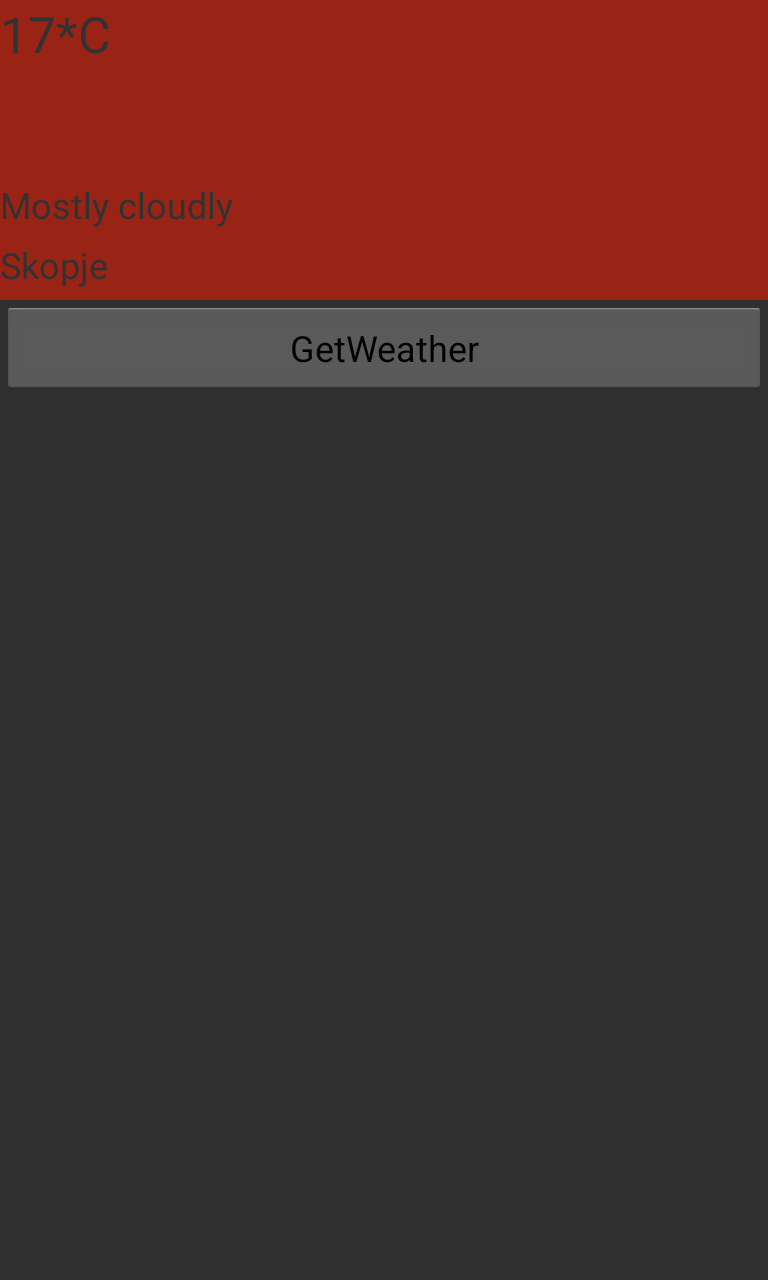
Repository: randhika/WeatherApp
Layout: WeatherApp/res/layout/home_fragment_layout.xml
The author's editor kept a copy of each file at every save. The layout is drawn from the files as they stood at one save, then again after the next save.
It is drawn on a 768 x 1280 px phone screen (xhdpi) without system bars, with theme AppTheme; the app's code is not run.

Above is the layout before, as saved 2014-04-27 10:39:55.

After the next save:
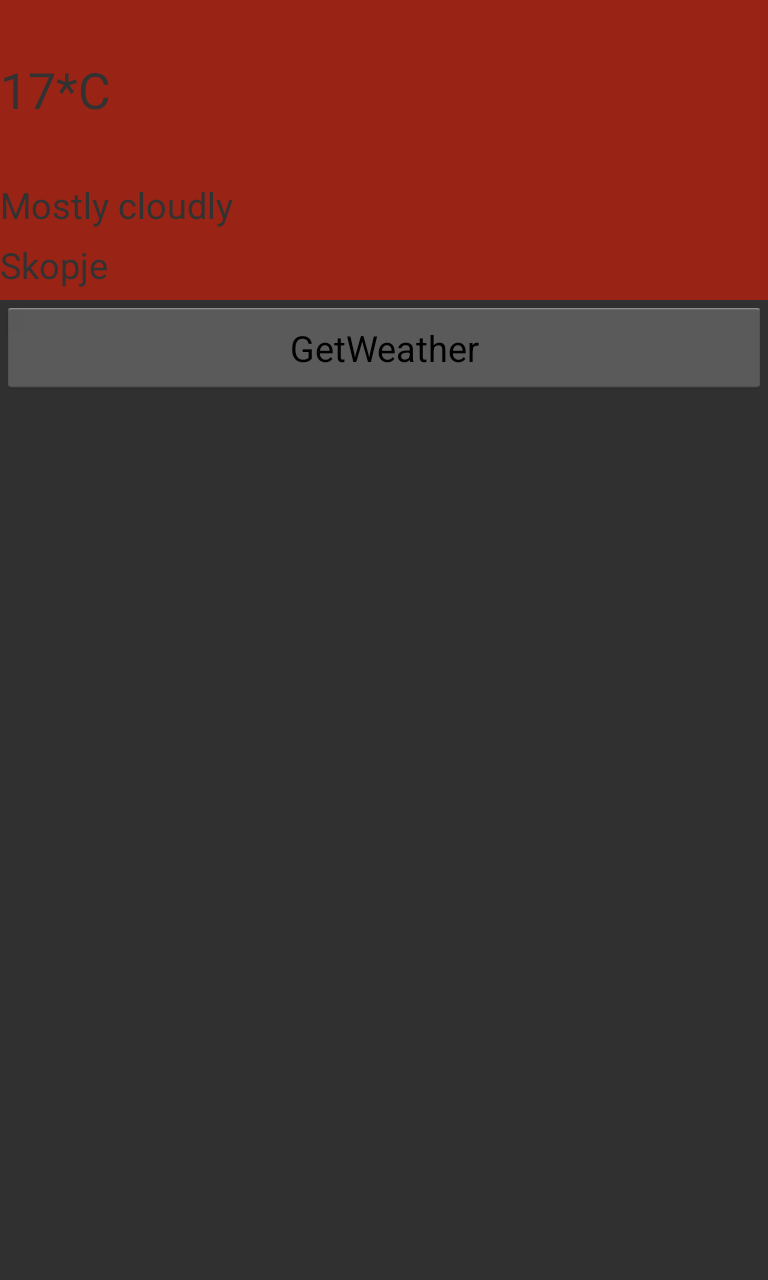
Saved 43 s later.
--- a/WeatherApp/res/layout/home_fragment_layout.xml
+++ b/WeatherApp/res/layout/home_fragment_layout.xml
@@ -16,7 +16,7 @@
             android:layout_width="match_parent"
             android:layout_height="0dp"
             android:textSize="25sp"
-            android:layout_gravity="center_vertical"
+            android:gravity="center_vertical"
             android:text="17*C"
             android:layout_weight="0.3" />
 
